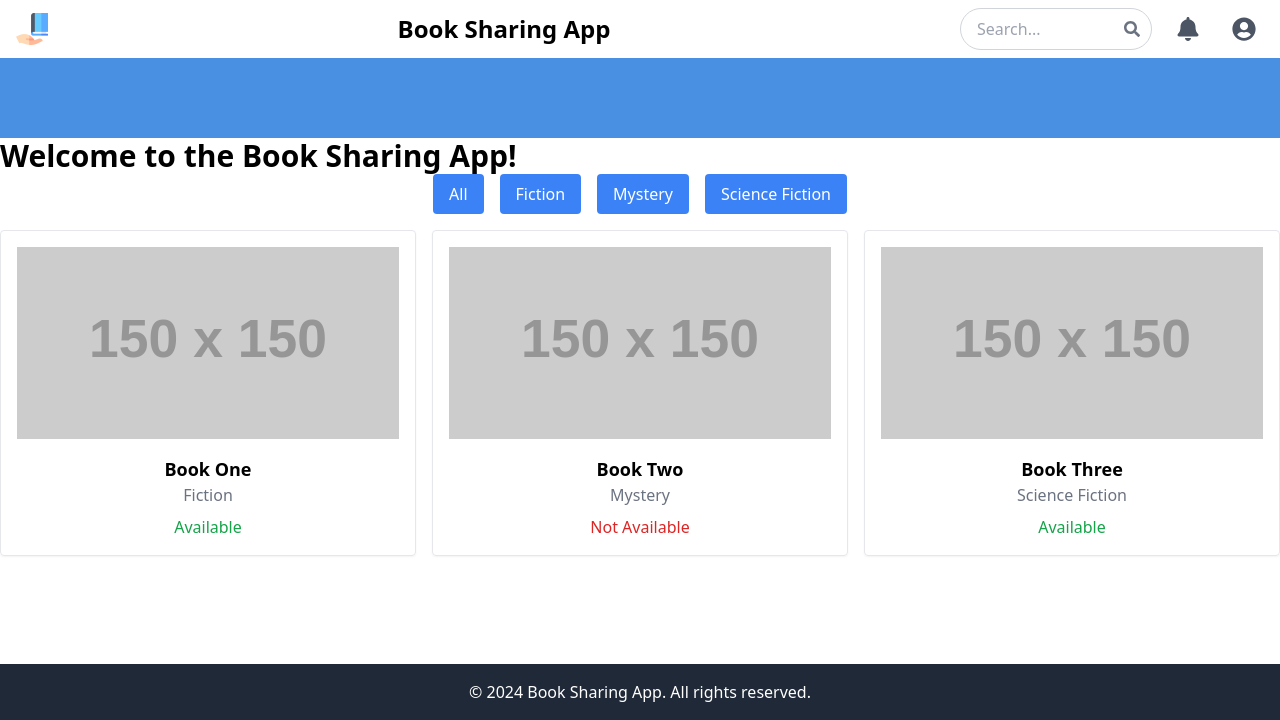
Repository: arjosephine/Book-buddy
Page: /
These files come from the project's save history. The page is drawn as it stood at one moment and after the next save; the edit follows.
The browser window is 1280 px wide. The pictures show the whole page.
The project was rebuilt for these pictures with package versions that can differ from the ones it lists, and the page was loaded fresh each time.

Above is the page before, as saved 2024-08-20 17:22:14.

After the next save:
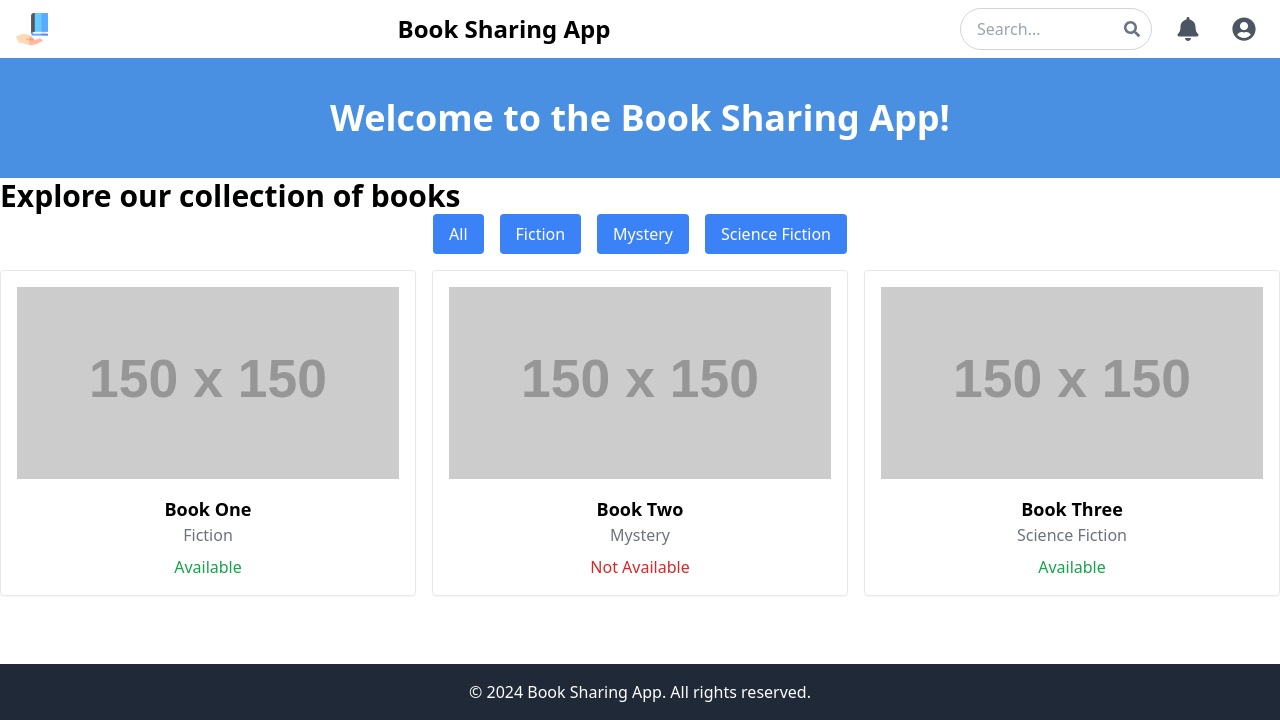
Saved 77 s later.
--- a/src/pages/Home.tsx
+++ b/src/pages/Home.tsx
@@ -1,13 +1,13 @@
 // src/pages/Home.tsx
 import React from 'react';
-import Banner from '../components/Banner';
+import Banner from '../components/Banner'; // Adjust path as needed
 import BookList from '../components/BookList'; // Adjust path as needed
 
 const Home: React.FC = () => {
   return (
     <div>
-      <Banner />
-      <h1 className="text-3xl font-bold">Welcome to the Book Sharing App!</h1>
+      <Banner title="Welcome to the Book Sharing App!" />
+      <h1 className="text-3xl font-bold">Explore our collection of books</h1>
       <BookList />
       {/* Add more content for the Home page if needed */}
     </div>
